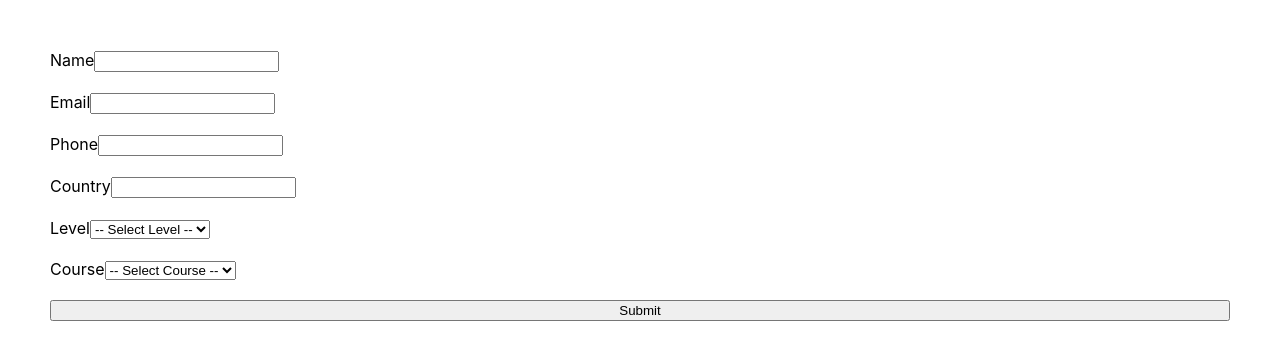
Repository: talha-mahmood/form_react
Page: /
These files come from the project's save history. The page is drawn as it stood at one moment and after a run of saves; the edit follows.
The browser window is 1280 px wide. The pictures show the whole page.
The project was rebuilt for these pictures with package versions that can differ from the ones it lists, and the page was loaded fresh each time.

Above is the page before, as saved 2023-03-13 16:04:00.

### public/index.html
<!DOCTYPE html>
<html lang="en">
  <head>
    <meta charset="utf-8" />
    <link rel="icon" href="%PUBLIC_URL%/favicon.ico" />
    <meta name="viewport" content="width=device-width, initial-scale=1" />
    <meta name="theme-color" content="#000000" />
    <meta
      name="description"
      content="Web site created using create-react-app"
    />

    <link rel="apple-touch-icon" href="%PUBLIC_URL%/logo192.png" />
    <!--
      manifest.json provides metadata used when your web app is installed on a
      user's mobile device or desktop. See https://developers.google.com/web/fundamentals/web-app-manifest/
    -->
    <link rel="manifest" href="%PUBLIC_URL%/manifest.json" />
    <!--
      Notice the use of %PUBLIC_URL% in the tags above.
      It will be replaced with the URL of the `public` folder during the build.
      Only files inside the `public` folder can be referenced from the HTML.

      Unlike "/favicon.ico" or "favicon.ico", "%PUBLIC_URL%/favicon.ico" will
      work correctly both with client-side routing and a non-root public URL.
      Learn how to configure a non-root public URL by running `npm run build`.
    -->
    <title>React App</title>
  </head>
  <body>
    <noscript>You need to enable JavaScript to run this app.</noscript>
    <div id="root"></div>

    <!--
      This HTML file is a template.
      If you open it directly in the browser, you will see an empty page.

      You can add webfonts, meta tags, or analytics to this file.
      The build step will place the bundled scripts into the <body> tag.

      To begin the development, run `npm start` or `yarn start`.
      To create a production bundle, use `npm run build` or `yarn build`.
    -->
  </body>
</html>

### src/App.js
import './App.css';
import React, { useState } from 'react';

const App=()=>{
  const [name, setName] = useState('');
  const [email, setEmail] = useState('');
  const [phone, setPhone] = useState('');
  const [country, setCountry] = useState('');
  const [level, setLevel] = useState('');
  const [course, setCourse] = useState('');

  const handleSubmit = (event) => {
    event.preventDefault();
    // TODO: handle form submission
  }

  return (
    <div>
    <form onSubmit={handleSubmit}>
      <div>
        <label htmlFor="name">Name</label>
        <input
          type="text"
          id="name"
          value={name}
          onChange={(event) => setName(event.target.value)}
          required
        />
      </div>
      <br/>
      <div>
        <label htmlFor="email">Email</label>
        <input
          type="email"
          id="email"
          value={email}
          onChange={(event) => setEmail(event.target.value)}
          required
        />
      </div>
      <br/>
      <div>
        <label htmlFor="phone">Phone</label>
        <input
          type="tel"
          id="phone"
          value={phone}
          onChange={(event) => setPhone(event.target.value)}
          required
        />
      </div>
      <br/>
      <div>
        <label htmlFor="country">Country</label>
        <input
          type="text"
          id="country"
          value={country}
          onChange={(event) => setCountry(event.target.value)}
          required
        />
      </div>
      <br/>
      <div>
        <label htmlFor="level">Level</label>
        <select id="level" value={level} onChange={(event) => setLevel(event.target.value)} required>
          <option value="">-- Select Level --</option>
          <option value="Beginner">Beginner</option>
          <option value="Intermediate">Intermediate</option>
          <option value="Advanced">Advanced</option>
        </select>
      </div>
      <br/>
      <div>
        <label htmlFor="course">Course</label>
        <select id="course" value={course} onChange={(event) => setCourse(event.target.value)} required>
          <option value="">-- Select Course --</option>
          <option value="Quranic Arabic">Quranic Arabic</option>
          <option value="Tafseer">Tafseer</option>
          <option value="Hifz">Hifz</option>
        </select>
      </div>
           <br/>
      <button type="submit">Submit</button>
    </form>
    </div>
  );
}

export default App;

### src/App.css
.App {
  text-align: center;
}

.App-logo {
  height: 40vmin;
  pointer-events: none;
}

@media (prefers-reduced-motion: no-preference) {
  .App-logo {
    animation: App-logo-spin infinite 20s linear;
  }
}

.App-header {
  background-color: #282c34;
  min-height: 100vh;
  display: flex;
  flex-direction: column;
  align-items: center;
  justify-content: center;
  font-size: calc(10px + 2vmin);
  color: white;
}

.App-link {
  color: #61dafb;
}

@keyframes App-logo-spin {
  from {
    transform: rotate(0deg);
  }
  to {
    transform: rotate(360deg);
  }
}

form{
  padding: 50px;
  display: flex;
  flex-direction: column;
}

Loaded but not shown: src/index.js (common file); src/index.css (common file); src/reportWebVitals.js (common file)

After the next 3 saves:
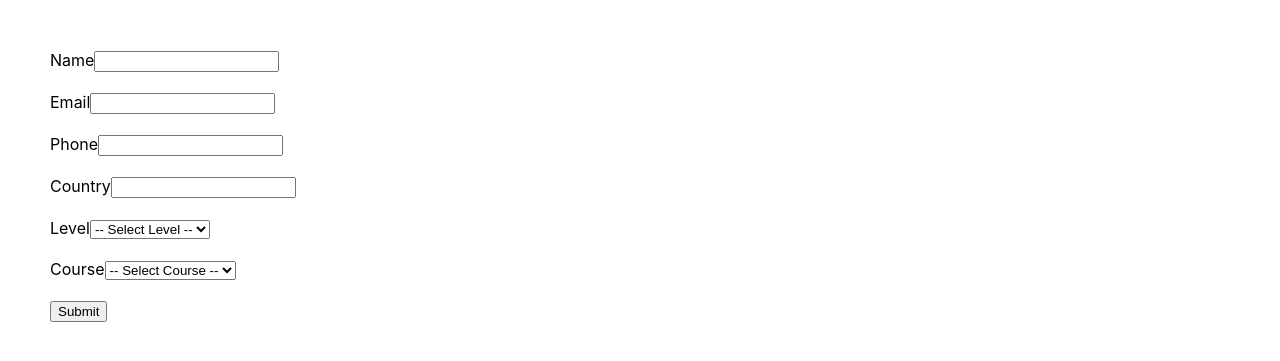
The 3 saves are shown as one change because they came seconds apart.
The last was saved 19 s later.
--- a/src/App.css
+++ b/src/App.css
@@ -39,6 +39,5 @@
 
 form{
   padding: 50px;
-  display: flex;
-  flex-direction: column;
+ float: left;
 }
